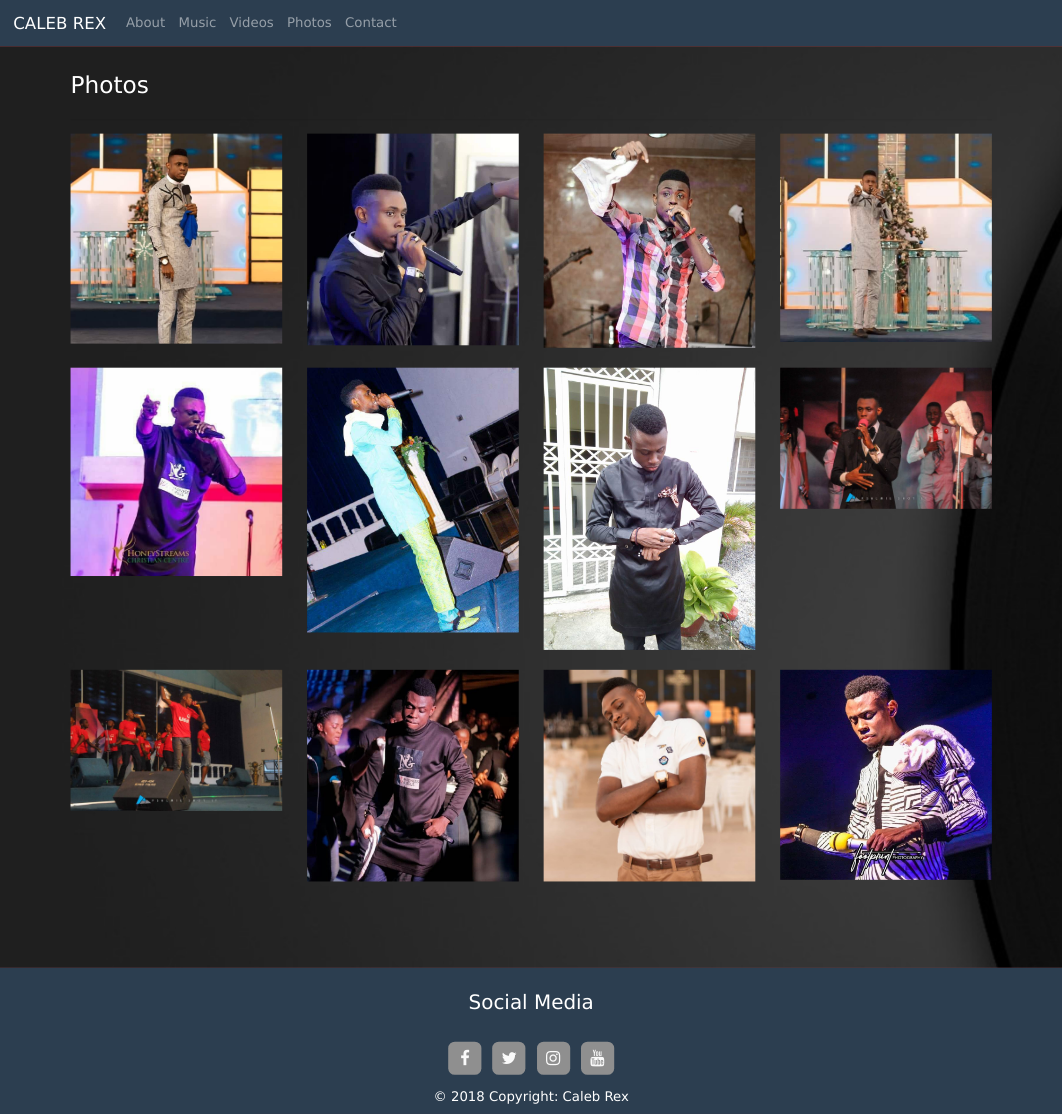
Repository: IchaTreasure/caleb-rex
Page: photos.html
The author's editor kept a record of every edit. The page is drawn from the files as they stood at one moment, then again after the next edit.
The browser window is 1280 px wide. The pictures show the whole page, at 83% of full size.
Some web libraries are served in a nearby version.

Above is the page before.

### photos.html
<!DOCTYPE html>
<html lang="en">

<head>
    <meta charset="UTF-8">
    <meta name="viewport" content="width=device-width, initial-scale=1.0">
    <meta http-equiv="X-UA-Compatible" content="ie=edge">
    <link rel="stylesheet" href="https://maxcdn.bootstrapcdn.com/bootstrap/4.1.3/css/bootstrap.min.css">
    <link rel="stylesheet" href="https://use.fontawesome.com/releases/v5.6.1/css/all.css" integrity="sha384-gfdkjb5BdAXd+lj+gudLWI+BXq4IuLW5IT+brZEZsLFm++aCMlF1V92rMkPaX4PP" crossorigin="anonymous">
    <link rel="stylesheet" href="https://stackpath.bootstrapcdn.com/bootstrap/4.3.1/css/bootstrap.min.css" type="text/css" />
    <link rel="stylesheet" href="https://stackpath.bootstrapcdn.com/font-awesome/4.7.0/css/font-awesome.min.css" type="text/css" />
    <link rel="stylesheet" href="https://cdnjs.cloudflare.com/ajax/libs/hover.css/2.3.1/css/hover-min.css" type="text/css" />
    <link href="https://fonts.googleapis.com/css?family=Roboto:400,700" rel="stylesheet">
    <link rel="stylesheet" href="css/style.css" type="text/css" />
    <title>Caleb Rex</title>
</head>

<body style="background-color: #2c3e50">
    <!-- ------------------------------------------------------------------------------------------------------Navigation Bar -->
    <nav class="navbar navbar-expand-md navbar-dark fixed-top" style="background-color: #2c3e50">
        <a class="navbar-brand" href="index.html">CALEB REX</a>
        <button class="navbar-toggler" type="button" data-toggle="collapse" data-target="#navbarsExampleDefault" aria-controls="navbarsExampleDefault" aria-expanded="false" aria-label="Toggle navigation">
    <span class="navbar-toggler-icon"></span>
  </button>

        <div class="collapse navbar-collapse" id="navbarsExampleDefault">
            <ul class="navbar-nav mr-auto">
                <li class="nav-item right" data-toggle="collapse" data-target=".navbar-collapse.show">
                    <a class="nav-link" href="about.html">About</a>
                </li>
                <li class="nav-item right" data-toggle="collapse" data-target=".navbar-collapse.show">
                    <a class="nav-link" href="music.html">Music</a>
                </li>
                <li class="nav-item right" data-toggle="collapse" data-target=".navbar-collapse.show">
                    <a class="nav-link" href="videos.html">Videos</a>
                </li>
                <li class="nav-item right" data-toggle="collapse" data-target=".navbar-collapse.show">
                    <a class="nav-link" href="photos.html">Photos</a>
                </li>
                <li class="nav-item right" data-toggle="collapse" data-target=".navbar-collapse.show">
                    <a class="nav-link" href="contact.html">Contact</a>
                </li>
            </ul>
        </div>
    </nav>

    <!-- Photo section style="background-color: #D6D6D6; padding-bottom: 100px;" -->
    <section style="background-color: #bc3636; background-image: url('images/photos-page.png'); Width: 100%; padding-bottom: 80px;">
        <div class="container" Style="padding-top: 30px">
            <div class="row">
                <h3 style="padding-left: 15px; color: white;">Photos</h3>
            </div>
            <hr style = "color: white;">
            <div class="row">
                <!-- Modal: Image 1 -->
                <div class="col-sm-3">
                    <a class="d-block mb-4 h-100">
            <img class="img-fluid img-hover" src="images/Caleb1.jpg" data-toggle="modal" data-target="#Image1" alt="Caleb 1" style="width: 100%">
          </a>
                    <!-- Modal Content -->
                    <div class="modal fade" id="Image1" tabindex="-1" role="dialog" aria-hidden="true">
                        <div class="modal-dialog modal-lg" role="document">
                            <div class="modal-body">
                                <img class="img-fluid" src="images/Caleb1.jpg" alt="Caleb 1">
                            </div>
                        </div>
                    </div>
                </div>

                <!-- Modal: Image 2 -->
                <div class="col-sm-3">
                    <a class="d-block mb-4 h-100">
            <img class="img-fluid img-hover" src="images/Caleb2.jpg" data-toggle="modal" data-target="#Image2" alt="Caleb 2" style="width: 100%">
          </a>
                    <!-- Modal Content -->
                    <div class="modal fade" id="Image2" tabindex="-1" role="dialog" aria-hidden="true">
                        <div class="modal-dialog modal-lg" role="document">
                            <div class="modal-body">
                                <img class="img-fluid" src="images/Caleb2.jpg" alt="Caleb 2">
                            </div>
                        </div>
                    </div>
                </div>

                <!-- Modal: Image 3 -->
                <div class="col-sm-3">
                    <a class="d-block mb-4 h-100">
            <img class="img-fluid img-hover" src="images/Caleb3.jpg" data-toggle="modal" data-target="#Image3" alt="Caleb 3" style="width: 100%">
          </a>
                    <!-- Modal Content -->
                    <div class="modal fade" id="Image3" tabindex="-1" role="dialog" aria-hidden="true">
                        <div class="modal-dialog modal-lg" role="document">
                            <div class="modal-body">
                                <img class="img-fluid" src="images/Caleb3.jpg" alt="Caleb 3">
                            </div>
                        </div>
                    </div>
                </div>

                <!-- Modal: Image 4 -->
                <div class="col-sm-3">
                    <a class="d-block mb-4 h-100">
            <img class="img-fluid img-hover" src="images/Caleb4.jpg" data-toggle="modal" data-target="#Image4" alt="Caleb 4" style="width: 100%">
          </a>
                    <!-- Modal Content -->
                    <div class="modal fade" id="Image4" tabindex="-1" role="dialog" aria-hidden="true">
                        <div class="modal-dialog modal-lg" role="document">
                            <div class="modal-body">
                                <img class="img-fluid" src="images/Caleb4.jpg" alt="Caleb 4">
                            </div>
                        </div>
                    </div>
                </div>
            </div>

            <div class="row">
                <!-- Modal: Image 5 -->
                <div class="col-sm-3">
                    <a class="d-block mb-4 h-100">
            <img class="img-fluid img-hover" src="images/Caleb5.jpg" data-toggle="modal" data-target="#Image5" alt="Caleb 5" style="width: 100%">
          </a>
                    <!-- Modal Content -->
                    <div class="modal fade" id="Image5" tabindex="-1" role="dialog" aria-hidden="true">
                        <div class="modal-dialog modal-lg" role="document">
                            <div class="modal-body">
                                <img class="img-fluid" src="images/Caleb5.jpg" alt="Caleb 5">
                            </div>
                        </div>
                    </div>
                </div>

                <!-- Modal: Image 6 -->
                <div class="col-sm-3">
                    <a class="d-block mb-4 h-100">
            <img class="img-fluid img-hover" src="images/Caleb6.jpg" data-toggle="modal" data-target="#Image6" alt="Caleb 6" style="width: 100%">
          </a>
                    <!-- Modal Content -->
                    <div class="modal fade" id="Image6" tabindex="-1" role="dialog" aria-hidden="true">
                        <div class="modal-dialog modal-lg" role="document">
                            <div class="modal-body">
                                <img class="img-fluid" src="images/Caleb6.jpg" alt="Caleb 6">
                            </div>
                        </div>
                    </div>
                </div>

                <!-- Modal: Image 7 -->
                <div class="col-sm-3">
                    <a class="d-block mb-4 h-100">
            <img class="img-fluid img-hover" src="images/Caleb7.jpg" data-toggle="modal" data-target="#Image7" alt="Caleb 7" style="width: 100%">
          </a>
                    <!-- Modal Content -->
                    <div class="modal fade" id="Image7" tabindex="-1" role="dialog" aria-hidden="true">
                        <div class="modal-dialog modal-lg" role="document">
                            <div class="modal-body">
                                <img class="img-fluid" src="images/Caleb7.jpg" alt="Caleb 7">
                            </div>
                        </div>
                    </div>
                </div>

                <!-- Modal: Image 8 -->
                <div class="col-sm-3">
                    <a class="d-block mb-4 h-100">
            <img class="img-fluid img-hover" src="images/Caleb8.jpg" data-toggle="modal" data-target="#Image8" alt="Caleb 8" style="width: 100%">
          </a>
                    <!-- Modal Content -->
                    <div class="modal fade" id="Image8" tabindex="-1" role="dialog" aria-hidden="true">
                        <div class="modal-dialog modal-lg" role="document">
                            <div class="modal-body">
                                <img class="img-fluid" src="images/Caleb8.jpg" alt="Caleb 8">
                            </div>
                        </div>
                    </div>
                </div>
            </div>

            <div class="row">
                <!-- Modal: Image 9 -->
                <div class="col-sm-3">
                    <a class="d-block mb-4 h-100">
            <img class="img-fluid img-hover" src="images/Caleb9.jpg" data-toggle="modal" data-target="#Image9" alt="Caleb 9" style="width: 100%">
          </a>
                    <!-- Modal Content -->
                    <div class="modal fade" id="Image9" tabindex="-1" role="dialog" aria-hidden="true">
                        <div class="modal-dialog modal-lg" role="document">
                            <div class="modal-body">
                                <img class="img-fluid" src="images/Caleb9.jpg" alt="Caleb 9">
                            </div>
                        </div>
                    </div>
                </div>

                <!-- Modal: Image 10 -->
                <div class="col-sm-3">
                    <a class="d-block mb-4 h-100">
            <img class="img-fluid img-hover" src="images/Caleb11.jpg" data-toggle="modal" data-target="#Image11" alt="Caleb 10" style="width: 100%">
          </a>
                    <!-- Modal Content -->
                    <div class="modal fade" id="Image11" tabindex="-1" role="dialog" aria-hidden="true">
                        <div class="modal-dialog modal-lg" role="document">
                            <div class="modal-body">
                                <img class="img-fluid" src="images/Caleb11.jpg" alt="Caleb 10">
                            </div>
                        </div>
                    </div>
                </div>

                <!-- Modal: Image 11 -->
                <div class="col-sm-3">
                    <a class="d-block mb-4 h-100">
            <img class="img-fluid img-hover" src="images/Caleb12.jpg" data-toggle="modal" data-target="#Image12" alt="Caleb 11" style="width: 100%">
          </a>
                    <!-- Modal Content -->
                    <div class="modal fade" id="Image12" tabindex="-1" role="dialog" aria-hidden="true">
                        <div class="modal-dialog modal-lg" role="document">
                            <div class="modal-body">
                                <img class="img-fluid" src="images/Caleb12.jpg" alt="Caleb 11">
                            </div>
                        </div>
                    </div>
                </div>

                <!-- Modal: Image 12 -->
                <div class="col-sm-3">
                    <a class="d-block mb-4 h-100">
            <img class="img-fluid img-hover" src="images/Caleb14.jpg" data-toggle="modal" data-target="#Image14" alt="Caleb 12" style="width: 100%">
          </a>
                    <!-- Modal Content -->
                    <div class="modal fade" id="Image14" tabindex="-1" role="dialog" aria-hidden="true">
                        <div class="modal-dialog modal-lg" role="document">
                            <div class="modal-body">
                                <img class="img-fluid" src="images/Caleb14.jpg" alt="Caleb 12">
                            </div>
                        </div>
                    </div>
                </div>
            </div>
        </div>
    </section>

    <!-- Footer -->
    <footer class="py-1" style="background-color: #2c3e50; text-align: center;">
        <div class="container">
            <br>
            <h4 style = "color: white">Social Media</h4>
            <br>
            <ul class="list-inline social-links">
                <li class="list-inline-item">
                    <a target="_blank" href="https://www.facebook.com/caleb.rex.96"><i class = " fa fa-facebook" aria-hidden="true"></i><span class = "sr-only">Facebook</span></a>
                </li>
                <li class="list-inline-item">
                    <a target="_blank" href="https://twitter.com/calebrex01"><i class = " fa fa-twitter" aria-hidden="true"></i><span class = "sr-only">Twitter</span></a>
                </li>
                <li class="list-inline-item">
                    <a target="_blank" href="https://www.instagram.com/caleb.rex01/"><i class = " fa fa-instagram" aria-hidden="true"></i><span class = "sr-only">Instagram</span></a>
                </li>
                <li class="list-inline-item">
                    <a target="_blank" href="https://www.youtube.com/channel/UC_B7e65upco510Sio9dZJhg"><i class = " fa fa-youtube" aria-hidden="true"></i><span class = "sr-only">Youtube</span></a>
                </li>
            </ul>
        </div>

        <h6 style="text-align: center; color: white;">© 2018 Copyright: Caleb Rex</h6>
        <!-- /.container -->
    </footer>
    <!-- Bootstrap core JavaScript -->
    <script src="https://code.jquery.com/jquery-3.3.1.slim.min.js" integrity="sha384-q8i/X+965DzO0rT7abK41JStQIAqVgRVzpbzo5smXKp4YfRvH+8abtTE1Pi6jizo" crossorigin="anonymous"></script>
    <script src="https://cdnjs.cloudflare.com/ajax/libs/popper.js/1.14.3/umd/popper.min.js" integrity="sha384-ZMP7rVo3mIykV+2+9J3UJ46jBk0WLaUAdn689aCwoqbBJiSnjAK/l8WvCWPIPm49" crossorigin="anonymous"></script>
    <script src="https://stackpath.bootstrapcdn.com/bootstrap/4.1.3/js/bootstrap.min.js" integrity="sha384-ChfqqxuZUCnJSK3+MXmPNIyE6ZbWh2IMqE241rYiqJxyMiZ6OW/JmZQ5stwEULTy" crossorigin="anonymous"></script>
    <script src="https://code.jquery.com/jquery-3.3.1.slim.min.js" integrity="sha384-q8i/X+965DzO0rT7abK41JStQIAqVgRVzpbzo5smXKp4YfRvH+8abtTE1Pi6jizo" crossorigin="anonymous"></script>
    <script src="https://cdnjs.cloudflare.com/ajax/libs/popper.js/1.14.7/umd/popper.min.js" integrity="sha384-UO2eT0CpHqdSJQ6hJty5KVphtPhzWj9WO1clHTMGa3JDZwrnQq4sF86dIHNDz0W1" crossorigin="anonymous"></script>
    <script src="https://stackpath.bootstrapcdn.com/bootstrap/4.3.1/js/bootstrap.min.js" integrity="sha384-JjSmVgyd0p3pXB1rRibZUAYoIIy6OrQ6VrjIEaFf/nJGzIxFDsf4x0xIM+B07jRM" crossorigin="anonymous"></script>
</body>
</html>

### css/style.css
/*---------------------------- css for body */
body {
  font-family: 'Lucida Grande', sans-serif;
  padding-top: 56px;
}

ul li a .active-page
{
  background-color:black;
}

p{
	color: white;
}

h1, h2, h3, h4, h5, h6 {
	color: white;
}

label{
	color: white;
}

/*----------------------------------------- Modal Styling */
.modal-body{
    color: #615650;
    text-align: center;
}

.modal-content{
    background-color: #dbc7bd;
    padding: 20px;
}

.img-hover:hover{
    cursor: pointer;
    opacity: 0.6;
    transition: all 0.35s ease-in-out;
    -moz-transition: all 0.35s ease-in-out;
    -webkit-transition: all 0.35s ease-in-out;
    -o-transition: all 0.35s ease-in-out;
}

/*---------------------------- css for contact form*/
.form-style-1 {
	margin:10px auto;
	max-width: 400px;
	padding: 20px 12px 10px 20px;
	font: 13px "Lucida Sans Unicode", "Lucida Grande", sans-serif;
}
.form-style-1 li {
	padding: 0;
	display: block;
	list-style: none;
	margin: 10px 0 0 0;
}
.form-style-1 label{
	margin:0 0 3px 0;
	padding:0px;
	display:block;
	font-weight: bold;
}
.form-style-1 input[type=text],
.form-style-1 input[type=date],
.form-style-1 input[type=datetime],
.form-style-1 input[type=number],
.form-style-1 input[type=search],
.form-style-1 input[type=time],
.form-style-1 input[type=url],
.form-style-1 input[type=email],
textarea,
select{
	box-sizing: border-box;
	-webkit-box-sizing: border-box;
	-moz-box-sizing: border-box;
	border:1px solid #BEBEBE;
	padding: 7px;
	margin:0px;
	-webkit-transition: all 0.30s ease-in-out;
	-moz-transition: all 0.30s ease-in-out;
	-ms-transition: all 0.30s ease-in-out;
	-o-transition: all 0.30s ease-in-out;
	outline: none;
}

.form-style-1 input[type=text]:focus,
.form-style-1 input[type=date]:focus,
.form-style-1 input[type=datetime]:focus,
.form-style-1 input[type=number]:focus,
.form-style-1 input[type=search]:focus,
.form-style-1 input[type=time]:focus,
.form-style-1 input[type=url]:focus,
.form-style-1 input[type=email]:focus,
.form-style-1 textarea:focus,
.form-style-1 select:focus{
	-moz-box-shadow: 0 0 8px #88D5E9;
	-webkit-box-shadow: 0 0 8px #88D5E9;
	box-shadow: 0 0 8px #88D5E9;
	border: 1px solid #88D5E9;
}

.form-style-1 .field-divided{
	width: 49%;
}

.form-style-1 .field-long{
	width: 100%;
}
.form-style-1 .field-select{
	width: 100%;
}
.form-style-1 .field-textarea{
	height: 100px;
}
.form-style-1 input[type=submit], .form-style-1 input[type=button]{
	background: #4B99AD;
	padding: 8px 15px 8px 15px;
	border: none;
	color: #fff;
}

.form-style-1 input[type=submit]:hover, .form-style-1 input[type=button]:hover{
	background: #4691A4;
	box-shadow:none;
	-moz-box-shadow:none;
	-webkit-box-shadow:none;
}

.form-style-1 .required{
	color:red;
}

/*---------------------------- css for footer*/
footer {
  background-color: #7D0D11;
  color: black;
}

.social-links li a i {
  width: 40px;
  height: 40px;
  padding: 10px;
  border-radius: 20%;
  font-size: 20px;
  line-height: 20px;
  text-align: center;
  color: #fafafa;
  background: #8f8f8f;
  transition: all 0.35s ease-in-out;
  -moz-transition: all 0.35s ease-in-out;
  -webkit-transition: all 0.35s ease-in-out;
  -o-transition: all 0.35s ease-in-out;
}

.social-links li a i:hover {
  background: black;
}

After the next edit:
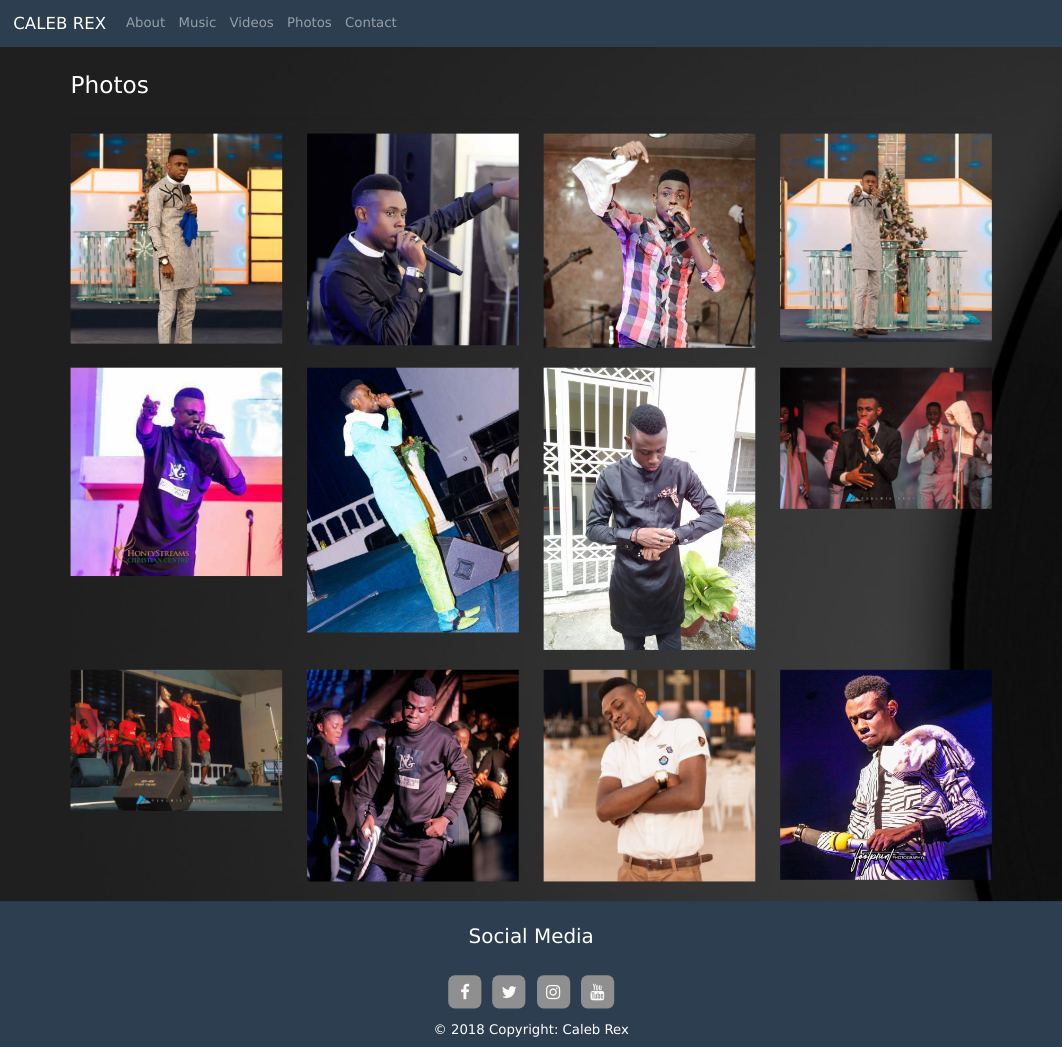
The edit:
--- a/photos.html
+++ b/photos.html
@@ -45,7 +45,7 @@
     </nav>
 
     <!-- Photo section style="background-color: #D6D6D6; padding-bottom: 100px;" -->
-    <section style="background-color: #bc3636; background-image: url('images/photos-page.png'); Width: 100%; padding-bottom: 80px;">
+    <section style="background-color: #bc3636; background-image: url('images/photos-page.png'); Width: 100%;">
         <div class="container" Style="padding-top: 30px">
             <div class="row">
                 <h3 style="padding-left: 15px; color: white;">Photos</h3>
